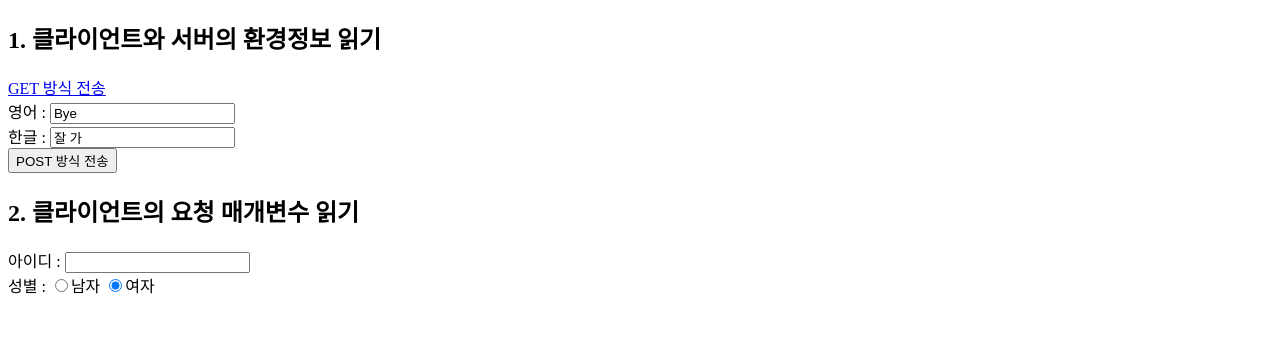
Repository: devgolol/JSP-_Servlet
Page: http://localhost/MustHaveJSP/02ImplicitObject/RequestMain.jsp
An editor plug-in stored every save of this project. The page is shown before and after the next save, followed by the edit.
The browser window is 1280 px wide. The pictures show the whole page.
The page is served by Tomcat 10. Other server files are loaded and not shown.

Above is the page before, as saved 2025-05-02 05:46:31.

### MustHaveJSP/src/main/webapp/02ImplicitObject/RequestMain.jsp
<%@ page language="java" contentType="text/html; charset=UTF-8"
    pageEncoding="UTF-8"%>
<!DOCTYPE html>
<html>
<head>
<meta charset="UTF-8">
<title>내장 객체 - request</title>
</head>
<body>
	<h2>1. 클라이언트와 서버의 환경정보 읽기</h2>
	<a href = "./RequestWebInfo.jsp?eng=Hello&han=안녕">
	GET 방식 전송
	</a>
	<br/>
	<form action="RequestWebInfo.jsp" method="post">
		영어 : <input type="text" name= "eng" value="Bye"/><br/>
		한글 : <input type="text" name= "han" value="잘 가"/><br/>
		<input type="submit" value="POST 방식 전송"/>
	</form>


	<h2>2. 클라이언트의 요청 매개변수 읽기</h2>


	<form action="RequestParameter.jsp" method="post">
	아이디 : <input type="text" name="id" value=""/><br/>
	성별 : <input type="radio" name="sex" value="man"/>남자
	<input type="radio" name="sex" value="woman" checked="checked"/>여자
	</form>

</body>
</html>

After the next save:
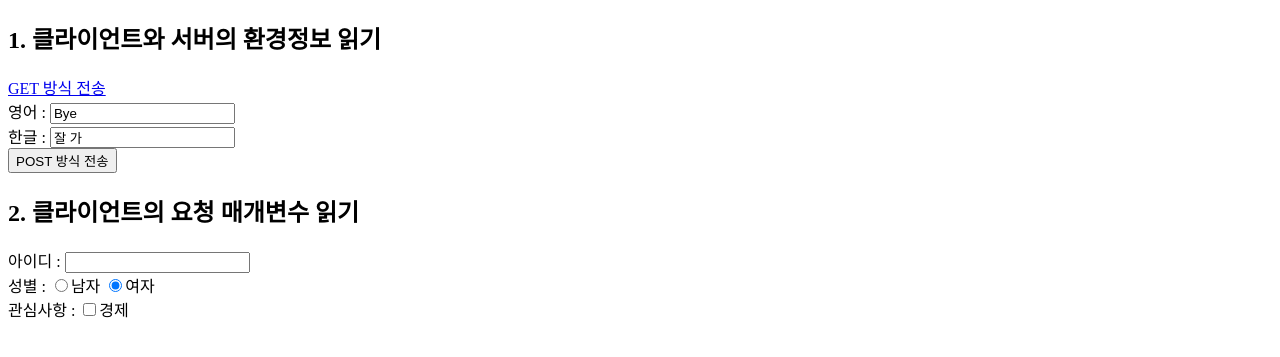
Saved 47 s later.
--- a/MustHaveJSP/src/main/webapp/02ImplicitObject/RequestMain.jsp
+++ b/MustHaveJSP/src/main/webapp/02ImplicitObject/RequestMain.jsp
@@ -26,6 +26,12 @@
 	아이디 : <input type="text" name="id" value=""/><br/>
 	성별 : <input type="radio" name="sex" value="man"/>남자
 	<input type="radio" name="sex" value="woman" checked="checked"/>여자
+	<br/>
+	관심사항 :
+	<input type="checkbox" name=favo value="eco"/>경제
+
+
+
 	</form>
 
 </body>
